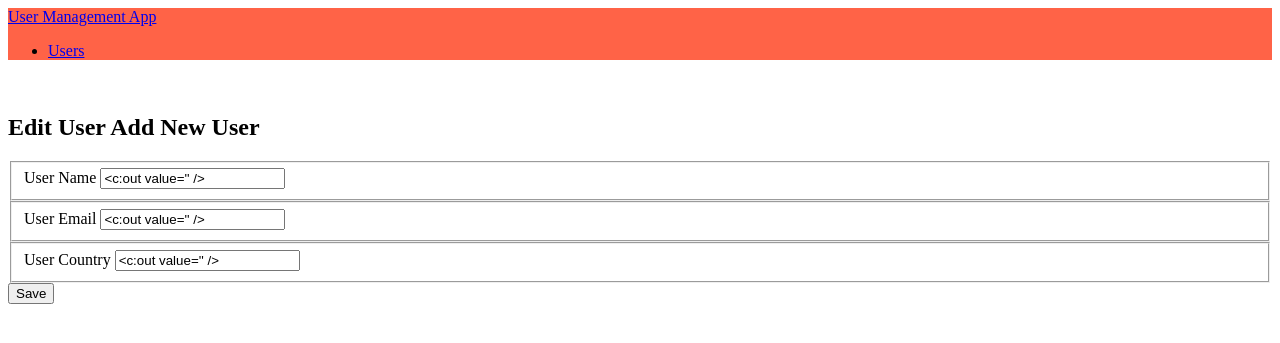
Repository: youssefeddib/ManagSport
Page: http://localhost/Application_du_gestion/
The author's editor kept a copy of each file at every save. The page is drawn from the files as they stood at one save, then again after the next save.
The browser window is 1280 px wide. The pictures show the whole page.
The page is served by Tomcat 9. Other server files are loaded and not shown.

Above is the page before, as saved 2025-02-13 10:32:55.

### Application du gestion/src/main/webapp/index.jsp
<!DOCTYPE html>
<html>
<head>
<meta charset="UTF-8">
<title>Applicatin gestion de stock</title>
<link href="">
</head>
<body>
<header>
                <nav class="navbar navbar-expand-md navbar-dark" style="background-color: tomato">
                    <div>
                        <a href="https://www.javaguides.net" class="navbar-brand"> User Management App </a>
                    </div>

                    <ul class="navbar-nav">
                        <li><a href="<%=request.getContextPath()%>/list" class="nav-link">Users</a></li>
                    </ul>
                </nav>
            </header>
            <br>
            <div class="container col-md-5">
                <div class="card">
                    <div class="card-body">
                        <c:if test="${user != null}">
                            <form action="update" method="post">
                        </c:if>
                        <c:if test="${user == null}">
                            <form action="insert" method="post">
                        </c:if>

                        <caption>
                            <h2>
                                <c:if test="${user != null}">
                                    Edit User
                                </c:if>
                                <c:if test="${user == null}">
                                    Add New User
                                </c:if>
                            </h2>
                        </caption>

                        <c:if test="${user != null}">
                            <input type="hidden" name="id" value="<c:out value='${user.id}' />" />
                        </c:if>

                        <fieldset class="form-group">
                            <label>User Name</label> <input type="text" value="<c:out value='${user.name}' />" class="form-control" name="name" required="required">
                        </fieldset>

                        <fieldset class="form-group">
                            <label>User Email</label> <input type="text" value="<c:out value='${user.email}' />" class="form-control" name="email">
                        </fieldset>

                        <fieldset class="form-group">
                            <label>User Country</label> <input type="text" value="<c:out value='${user.country}' />" class="form-control" name="country">
                        </fieldset>

                        <button type="submit" class="btn btn-success">Save</button>
                        </form>
                    </div>
                </div>
            </div>
</body>
</html>

After the next save:
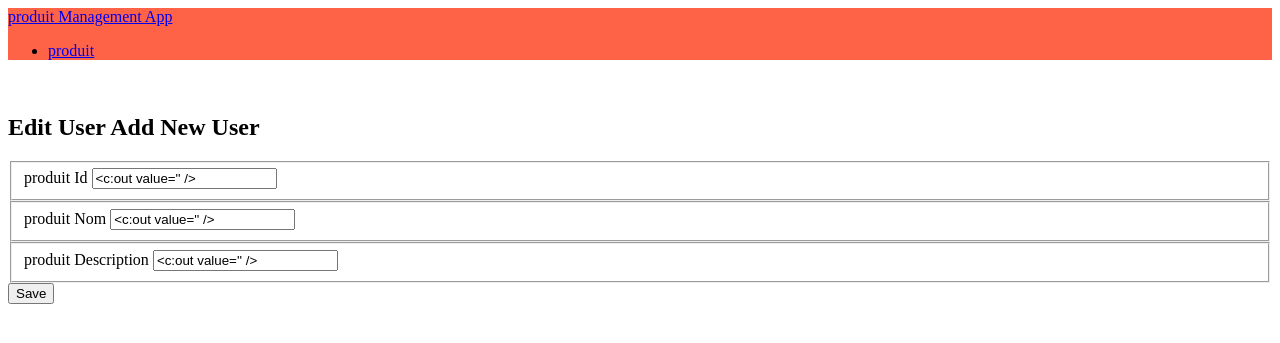
Saved 4 min 53 s later.
--- a/Application du gestion/src/main/webapp/index.jsp
+++ b/Application du gestion/src/main/webapp/index.jsp
@@ -9,11 +9,11 @@
 <header>
                 <nav class="navbar navbar-expand-md navbar-dark" style="background-color: tomato">
                     <div>
-                        <a href="https://www.javaguides.net" class="navbar-brand"> User Management App </a>
+                        <a href="https://www.javaguides.net" class="navbar-brand"> produit Management App </a>
                     </div>
 
                     <ul class="navbar-nav">
-                        <li><a href="<%=request.getContextPath()%>/list" class="nav-link">Users</a></li>
+                        <li><a href="<%=request.getContextPath()%>/list" class="nav-link">produit</a></li>
                     </ul>
                 </nav>
             </header>
@@ -44,15 +44,15 @@
                         </c:if>
 
                         <fieldset class="form-group">
-                            <label>User Name</label> <input type="text" value="<c:out value='${user.name}' />" class="form-control" name="name" required="required">
+                            <label>produit Id</label> <input type="text" value="<c:out value='${user.name}' />" class="form-control" name="name" required="required">
                         </fieldset>
 
                         <fieldset class="form-group">
-                            <label>User Email</label> <input type="text" value="<c:out value='${user.email}' />" class="form-control" name="email">
+                            <label>produit Nom</label> <input type="text" value="<c:out value='${user.email}' />" class="form-control" name="email">
                         </fieldset>
 
                         <fieldset class="form-group">
-                            <label>User Country</label> <input type="text" value="<c:out value='${user.country}' />" class="form-control" name="country">
+                            <label>produit Description</label> <input type="text" value="<c:out value='${user.country}' />" class="form-control" name="country">
                         </fieldset>
 
                         <button type="submit" class="btn btn-success">Save</button>
